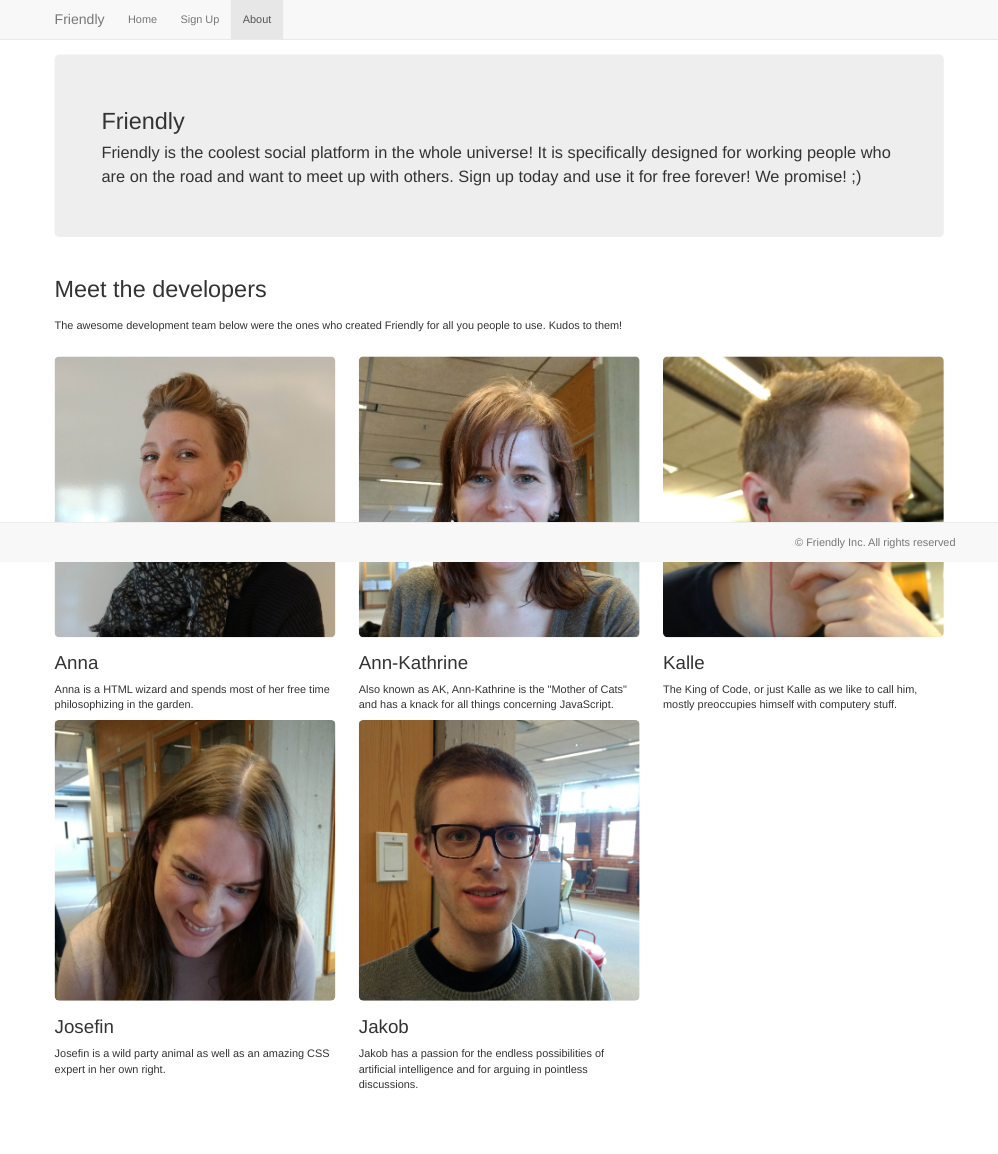
Repository: kristallklart/friendly_java
Page: http://localhost/FriendlyWeb/About.jsp
The author's editor kept a copy of each file at every save. The page is drawn from the files as they stood at one save, then again after the next save.
The browser window is 1280 px wide. The pictures show the whole page, at 78% of full size.
Some web libraries are served in a nearby version. The page is served by Tomcat 9.

Above is the page before, as saved 2017-05-02 12:34:00.

After the next save:
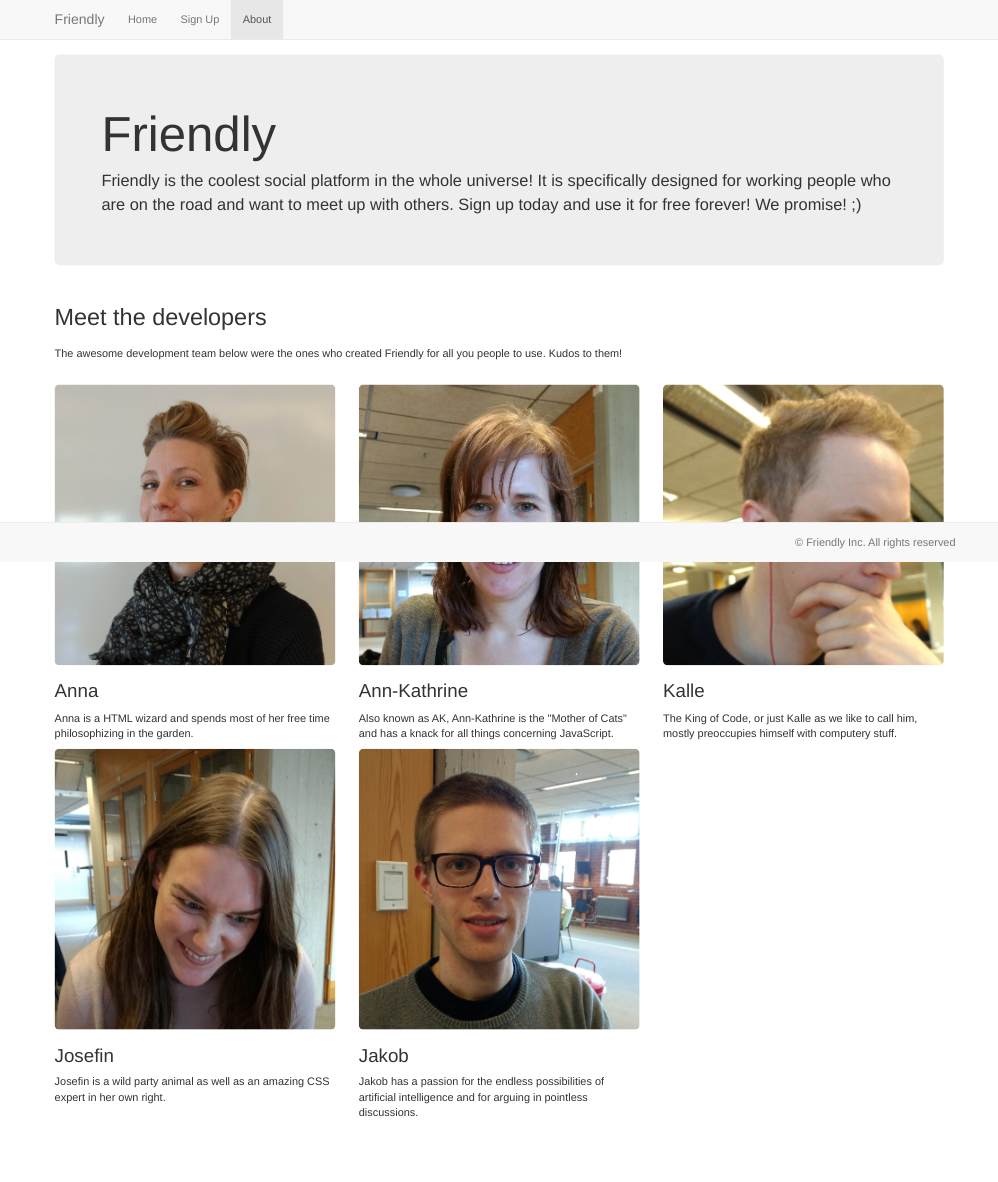
Saved 50 s later.
--- a/FriendlyWeb/WebContent/About.jsp
+++ b/FriendlyWeb/WebContent/About.jsp
@@ -47,7 +47,7 @@
 	<div class="jumbotron">
 			<div class="row">
 				<div class="col-xs-12">
-					<h2> Friendly </h2>
+					<h1> Friendly </h1>
 				</div>
 
 		</div>
